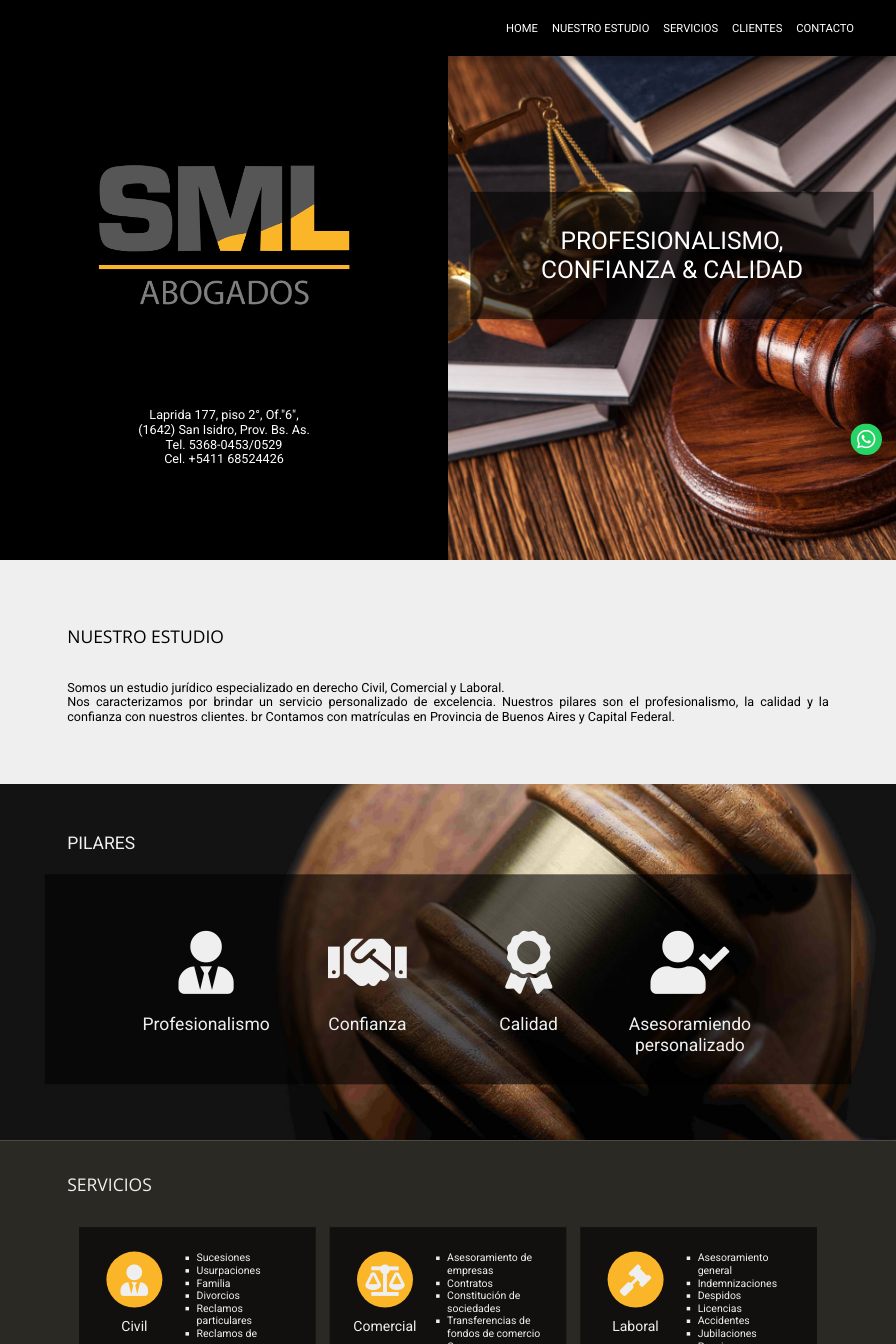
Repository: r-urchi/SML
Page: index.html
An editor plug-in stored every save of this project. The page is shown before and after a run of saves, followed by the edit.
The browser window is 1280 px wide. The pictures show the part of the page from y = 0 to 1920 px (the page is 3446 px tall), at 70% of full size.
Some web libraries are served in a nearby version. The style sheet was rebuilt from its Sass, Less or Tailwind sources for each picture, by a compiler version that may differ from the author's.

Above is the page before, as saved 2021-01-29 13:43:41.

### index.html
<!DOCTYPE html>
<html lang="es">
<head>
    <meta charset="UTF-8">
    <meta name="viewport" content="width=device-width, initial-scale=1.0">
    <meta name="format-detection" content="telephone=no">
    <meta name="description" content="Somos un estudio jurídico boutique especializado en derecho Civil, Comercial y Laboral. Nos caracterizamos por brindar un servicio personalizado de excelencia. Nuestros Pilares son el profesionalismo, la cercanía y la confianza con nuestros clientes. Contamos con Matrículas en Provincia de Buenos Aires y Capital Federal.">
    <meta name="keywords" content="abogados, estudio juridico, argentina, capital federal, buenos aires, asesoria, resolucion, disputas, consulta juridica, legal, bufete de abogados, equipo de abogados, comercial, fuero civil, familia, fuero comercial, fuero laboral, extrajudicial">
    <link rel="preconnect" href="https://fonts.gstatic.com">
    <link rel="stylesheet" href="https://cdnjs.cloudflare.com/ajax/libs/font-awesome/5.13.0/css/all.min.css">
    <script src="js/jquery-3.5.1.min.js"></script>
    <link rel="preconnect" href="https://fonts.gstatic.com">
    <link href="https://fonts.googleapis.com/css2?family=Open+Sans:wght@300;400;700&family=Roboto:wght@300;400;700&display=swap" rel="stylesheet">
    <link rel="stylesheet" href="css/main.css">
    <link rel="icon" type="image/jpg" href="img/icon.ico">
    <title>SML - Abogados</title>
</head>
<body>

    <span class="ir-arriba"><i class="fas fa-chevron-circle-up"></i></span>
    <a href="https://api.whatsapp.com/send?text=&phone=541168524426" target="_blank" class="btn-whatsapp"><span>CONTACTANOS POR WHATSAPP</span><i class="fab fa-whatsapp"></i></a>

    <nav class="nav-desktop">
        <ul class="nav-desktop__lista">
            <li><a href="#home">HOME</a></li>
            <li><a href="#estudio">NUESTRO ESTUDIO</a></li>
            <li><a href="#servicios">SERVICIOS</a></li>
            <li><a href="#clientes">CLIENTES</a></li>
            <li><a href="#contacto">CONTACTO</a></li>
        </ul>
    </nav>

    <header class="header" id="home">

        <div class="portada contenedor-portada">
            <div class="portada__img">
                <img src="img/logo-alta.png" alt="logo">
            </div>

            <div class="portada__datos">
                <p>Laprida 177, piso 2°, Of."6", <br/> (1642) San Isidro, Prov. Bs. As. <br/>
                Tel. 5368-0453/0529<br/>
                Cel. +5411 68524426</p>
            </div>
        </div>

        <div class="contenedor-portada-mobile">

            <div class="nav">
                <div class="nav__logo">
                    <img src="img/logo-alta.png" alt="logo">
                </div>

                <div class="menu-mobile" id="nav">
                    <section class="contenedor nav-mobile">

                        <ul class="enlaces-mobile">
                            <li><a href="#home">HOME</a></li>
                            <li><a href="#estudio">NUESTRO ESTUDIO</a></li>
                            <li><a href="#servicios">SERVICIOS</a></li>
                            <li><a href="#clientes">CLIENTES</a></li>
                            <li><a href="#contacto">CONTACTO</a></li>
                        </ul>


                        <div class="hamburguer">
                            <i class="fas fa-bars" id="iconoMenu" ></i>
                        </div>
                    </section>
                </div>
            </div>

            <div class="portada-titulo">
                <h2>PROFESIONALISMO, CONFIANZA & CALIDAD</h2>
            </div>

            <div class="portada__datos foot">
                <p>Laprida 177, piso 2°, Of."6", <br/> (1642) San Isidro, Prov. Bs. As. <br/>
                Tel. 5368-0453/0529<br/>
                Cel. +5411 68524426</p>
            </div>

        </div>
    </header>

    <section class="estudio contenedor-estudio" id="estudio">

        <div class="estudio__img">
            <img src="img/logo-alta.png" alt="logo">
        </div>

        <div class="estudio__info">
            <h2 class="estudio__titulo">NUESTRO ESTUDIO</h2>

                <p class="estudio__descripcion">
                    Somos un estudio jurídico especializado en derecho Civil, Comercial y Laboral.
                    <br>
                    Nos caracterizamos por brindar un servicio personalizado de excelencia. Nuestros pilares son el profesionalismo, la calidad y la confianza con nuestros clientes.
                    br
                    Contamos con matrículas en Provincia de Buenos Aires y Capital Federal.
                </p>

        </div>
    </section>

    <section class="pilares contenedor-pilares">

        <div class="pilares-titulo">
            <h2 class="estudio__titulo-desktop">PILARES</h2>
        </div>

        <div class="pilares__contenedor">
            <h2 class="estudio__titulo-mobile">PILARES</h2>

            <div class="pilares__iconos">
                <div class="pilares__icono-titulo">
                    <span><i class="fas fa-user-tie"></i></span>
                    <p>Profesionalismo</p>
                </div>
                <div class="pilares__icono-titulo">
                    <span><i class="fas fa-handshake"></i></span>
                    <p>Confianza</p>
                </div>
                <div class="pilares__icono-titulo">
                    <span><i class="fas fa-award"></i></span>
                    <p>Calidad</p>
                </div>
                <div class="pilares__icono-titulo">
                    <span><i class="fas fa-user-check"></i></span>
                    <p>Asesoramiendo personalizado</p>
                </div>
            </div>
        </div>

    </section>

    <section class="servicios contenedor-servicios" id="servicios">

        <h2 class="servicios__titulo">SERVICIOS</h2>

        <div class="servicios__item-contenedor">
            <div class="servicios__item">
                <div class="servicios__icono-titulo">
                    <span><i class="fas fa-user-tie"></i></span>
                    <h3>Civil</h3>
                </div>
                <ul>
                    <li>Sucesiones</li>
                    <li>Usurpaciones</li>
                    <li>Familia</li>
                    <li>Divorcios</li>
                    <li>Reclamos particulares</li>
                    <li>Reclamos de seguros e inmobiliarias</li>
                    <li>Cobranzas judiciales y extrajudiciales</li>
                    <li>Accidentes</li>
                </ul>
            </div>
            <div class="servicios__item">
                <div class="servicios__icono-titulo">
                    <span><i class="fas fa-balance-scale"></i></span>
                    <h3>Comercial</h3>
                </div>
                <ul>
                    <li>Asesoramiento de empresas</li>
                    <li>Contratos</li>
                    <li>Constitución de sociedades</li>
                    <li>Transferencias de fondos de comercio</li>
                    <li>Concursos y quiebras</li>
                    <li>Verificaciones de crédito</li>
                </ul>
            </div>
            <div class="servicios__item">
                <div class="servicios__icono-titulo">
                    <span><i class="fas fa-gavel"></i></span>
                    <h3>Laboral</h3>
                </div>
                <ul>
                    <li>Asesoramiento general</li>
                    <li>Indemnizaciones</li>
                    <li>Despidos</li>
                    <li>Licencias</li>
                    <li>Accidentes</li>
                    <li>Jubilaciones</li>
                    <li>Pensiones</li>
                </ul>
            </div>
        </div>

    </section>

    <section class="clientes contenedor-clientes" id="clientes">

        <div class="clientes-titulo">
            <h2 class="clientes__titulo-desktop">ALGUNOS CLIENTES QUE CONFIARON EN NOSOTROS</h2>
        </div>

        <div class="clientes__card">

            <h2 class="clientes__titulo">ALGUNOS CLIENTES QUE CONFIARON EN NOSOTROS</h2>

            <ul class="clientes__mobile">
                <li>Estoicos Financial Group SRL</li>
                <li>CIPSE Construcciones SRL</li>
                <li>Kankay Grills SAS</li>
                <li>Violeta Massey Pattiserie - Recoleta</li>
                <li>Industrias Pampa SRL</li>
                <li>Empresas Rodobens SA</li>
                <li>BBVA</li>
                <li>Rombo Compañía Financiera</li>
                <li>Volkswagen Financial Services</li>
                <li>Lubricantes Munro SA</li>
                <li>Wulp Pagos Electrónicos SRL</li>
                <li>LATeam Foods</li>
                <li>Clientes particulares</li>
            </ul>

            <div class="clientes__desktop">
                <ul >
                    <li>Estoicos Financial Group SRL</li>
                    <li>CIPSE Construcciones SRL</li>
                    <li>Kankay Grills SAS</li>
                    <li>Violeta Massey Pattiserie - Recoleta</li>
                    <li>Industrias Pampa SRL</li>
                    <li>Empresas Rodobens SA</li>
                    <li>BBVA</li>
                </ul>
                <ul>
                    <li>Rombo Compañía Financiera</li>
                    <li>Volkswagen Financial Services</li>
                    <li>Lubricantes Munro SA</li>
                    <li>Wulp Pagos Electrónicos SRL</li>
                    <li>LATeam Foods</li>
                    <li>Clientes particulares</li>
                </ul>
            </div>
        </div>
    </section>

    <section class="contacto contenedor-contacto">

            <div class="contacto__datos" id="contacto">
                <h2>CONSULTANOS POR ASESORAMIENTO PERSONALIZADO</h2>
            </div>

            <form class="formulario" action="contacto.php" method="POST" data-netlify="true">

                <div class="formulario__contenedor">

                    <div class="formulario__grupo nombre">
                        <input type="text" name="nombre" id="" placeholder="Nombre*" maxlength="30" required>
                    </div>

                    <div class="formularo__telYmail">
                        <div class="formulario__grupo email">
                            <input type="email" name="email" id="" placeholder="E-mail*" required>
                        </div>
                        <div class="formulario__grupo telefono">
                            <input type="number" name="telefono" id="" placeholder="Teléfono*" required>
                        </div>
                    </div>
                    <div class="formulario__grupo textarea">
                        <textarea name="consulta" id="" rows="3" placeholder="Consulta*" maxlength="300" required></textarea>
                    </div>

                    <button type="submit" class="formulario__boton">Enviar</button>

                    <!-- <a href="https://api.whatsapp.com/send?text=&phone=541168524426" target="_blank" class="btn-whatsapp"><i class="fab fa-whatsapp"></i>CONTACTANOS POR WHATSAPP</a> -->

                </div>

            </form>

    </section>

    <footer class="footer">

        <div class="footer__contenedor">

            <div class="footer__datos">
                <p>Laprida 177, piso 2°, Of."6", <br> (1642) San Isidro, Prov. Bs. As. <br/>
                Tel. 5368-0453/0529<br/>
                Cel. +5411 68524426</p>
            </div>

            <div class="footer__datos-desktop">
                <p>Laprida 177, piso 2°, Of."6", <br> (1642) San Isidro, Prov. Bs. As. </p>
                <p>Tel. 5368-0453/0529 <br>
                Cel. +5411 68524426</p>
            </div>

            <div class="footer__img">
                <img src="img/logo-alta.png" alt="logo">
            </div>

        </div>

    </footer>

    <script src="js/menuMobile.js"></script>
    <script src="js/botonArriba.js"></script>
</body>
</html>

### css/main.sass
@import _basicos

@import _menu

@import _header

@import _estudio

@import _pilares

@import _servicios

@import clientes

@import _contacto

@import _footer

@import _responsive

### css/_basicos.sass
*
    margin: 0
    padding: 0
    box-sizing: border-box
    --white: #FFFFFF

html
    scroll-behavior: smooth

body
    font-family: 'Roboto', sans-serif
    background: #d5d1d1

button,
a,
input,
textarea
    outline: none

input[type=number]::-webkit-inner-spin-button,
input[type=number]::-webkit-outer-spin-button
  -webkit-appearance: none
  margin: 0

.ir-arriba
    display: none
    background: none
    font-size: 20px
    color: #fab529
    cursor: pointer
    position: fixed
    bottom: 20px
    right: 20px
    i
        font-size: 45px

.btn-whatsapp
    width: 45px
    height: 45px
    padding: 8px
    text-align: center
    background: none
    cursor: pointer
    position: fixed
    background: #25D366
    color: #fff
    bottom: 70px
    right: 20px
    border-radius: 50%
    i
        font-size: 30px
        line-height: 30px
    span
        font-size: 12px
        display: none
        margin-right: 20px
    &:hover
        width: 245px
        border-radius: 50px
        display: -webkit-box
        display: -ms-flexbox
        display: flex
        -webkit-box-align: center
        -ms-flex-align: center
        align-items: center
        -webkit-box-pack: center
        -ms-flex-pack: center
        justify-content: center
        text-decoration: none
        span
            display: -webkit-box
            display: -ms-flexbox
            display: flex

### css/_header.sass
.header
    width: 100%
    display: -webkit-box
    display: -ms-flexbox
    display: flex
    -webkit-box-pack: center
    -ms-flex-pack: center
    justify-content: center
    -webkit-box-align: center
    -ms-flex-align: center
    align-items: center
    .portada
        display: none

.nav
    width: 100%
    height: 80px
    display: -webkit-box
    display: -ms-flexbox
    display: flex
    -webkit-box-pack: justify
    -ms-flex-pack: justify
    justify-content: space-between
    -webkit-box-align: center
    -ms-flex-align: center
    align-items: center
    padding: 20px
    margin-top: 35px
    margin-bottom: 35px

.nav__logo
    width: 100px
    height: 100px
    display: -webkit-box
    display: -ms-flexbox
    display: flex
    -webkit-box-pack: center
    -ms-flex-pack: center
    justify-content: center
    -webkit-box-align: center
    -ms-flex-align: center
    align-items: center
    background: #000000
    img
        width: 90%

.portada-titulo
    width: 90%
    margin: 20px 0
    h2
        color: #ffffff
        background: rgba(0, 0, 0, .6)
        padding: 30px
        text-align: center
        font-size: 20px
        font-weight: 400
        margin-bottom: 150px

.portada__datos
    width: 90%
    margin: 20px 0
    p
        color: #ffffff
        background: rgba(0, 0, 0, .6)
        padding: 10px 30px
        text-align: center
        font-size: 15px

.contenedor-portada-mobile
    width: 100%
    height: 100vh
    display: -webkit-box
    display: -ms-flexbox
    display: flex
    -ms-flex-pack: distribute
    justify-content: space-around
    -webkit-box-align: center
    -ms-flex-align: center
    align-items: center
    -webkit-box-orient: vertical
    -webkit-box-direction: normal
    -ms-flex-direction: column
    flex-direction: column
    background-image: url(../img/law-firm.jpg)
    background-repeat: no-repeat
    background-size: cover
    background-position: center

### css/_estudio.sass
.contenedor-estudio
    width: 100%
    height: 100%
    display: -webkit-box
    display: -ms-flexbox
    display: flex
    -webkit-box-pack: center
    -ms-flex-pack: center
    justify-content: center
    -webkit-box-align: center
    -ms-flex-align: center
    align-items: center
    -webkit-box-orient: vertical
    -webkit-box-direction: normal
    -ms-flex-direction: column
    flex-direction: column
    background: #efefef
    padding: 30px 0 45px 0

.estudio__img
    width: 100%
    display: none
    -webkit-box-pack: center
    -ms-flex-pack: center
    justify-content: center
    margin: 20px 0
    img
        width: 200px

.estudio__info
    width: 80%
    display: -webkit-box
    display: -ms-flexbox
    display: flex
    -webkit-box-pack: center
    -ms-flex-pack: center
    justify-content: center
    -webkit-box-align: center
    -ms-flex-align: center
    align-items: center
    -webkit-box-orient: vertical
    -webkit-box-direction: normal
    -ms-flex-direction: column
    flex-direction: column
    h2
        font-size: 25px
        margin: 20px 0
        font-weight: 400
        font-family: 'Open Sans', sans-serif
    .estudio__descripcion
        font-size: 16px
        text-align: center

### css/_clientes.sass
.contenedor-clientes
    width: 100%
    height: 100%
    display: -webkit-box
    display: -ms-flexbox
    display: flex
    -webkit-box-pack: center
    -ms-flex-pack: center
    justify-content: center
    -webkit-box-align: center
    -ms-flex-align: center
    align-items: center
    -webkit-box-orient: vertical
    -webkit-box-direction: normal
    -ms-flex-direction: column
    flex-direction: column
    background-image: url(../img/clientes.jpg)
    background-repeat: no-repeat
    background-size: cover
    background-position: center

.clientes__desktop
    display: none

.clientes__card
    width: 90%
    background: rgba(0, 0, 0, .6)
    margin: 30px 0
    color: #ffffff
    h2
        font-size: 25px
        margin: 45px 0
        font-weight: 400
        text-align: center
        font-family: 'Open Sans', sans-serif
    ul
        margin: 0 50px 20px 50px
        list-style-type: square

### css/_contacto.sass
.contenedor-contacto
    width: 100%
    height: 100%
    display: -webkit-box
    display: -ms-flexbox
    display: flex
    -ms-flex-pack: distribute
    justify-content: space-around
    -webkit-box-align: center
    -ms-flex-align: center
    align-items: center
    -webkit-box-orient: vertical
    -webkit-box-direction: normal
    -ms-flex-direction: column
    flex-direction: column
    background: #efefef

.formulario
    width: 90%
    padding: 20px 0

.formulario__contenedor
    display: -webkit-box
    display: -ms-flexbox
    display: flex
    -webkit-box-pack: center
    -ms-flex-pack: center
    justify-content: center
    -webkit-box-align: center
    -ms-flex-align: center
    align-items: center
    -webkit-box-orient: vertical
    -webkit-box-direction: normal
    -ms-flex-direction: column
    flex-direction: column

.formulario__grupo
    width: 90%
    input
        width: 100%
        margin: 10px 0
        padding: 10px
        font-size: 16px
        border: none
    textarea
        width: 100%
        height: 85px
        margin: 10px 0
        padding: 10px
        font-family: 'Roboto', sans-serif
        resize: none
        font-size: 16px
        border: none

.formularo__telYmail
    width: 90%
    display: -webkit-box
    display: -ms-flexbox
    display: flex
    -webkit-box-pack: center
    -ms-flex-pack: center
    justify-content: center
    -webkit-box-align: center
    -ms-flex-align: center
    align-items: center
    -webkit-box-orient: vertical
    -webkit-box-direction: normal
    -ms-flex-direction: column
    flex-direction: column
    .email, .telefono
        width: 100%

.formulario__boton
    width: 90%
    height: 45px
    background: #fab529
    border: none
    border-radius: 5px
    margin: 10px 0
    font-size: 16px
    -webkit-transition: all .3s ease
    -o-transition: all .3s ease
    transition: all .3s ease
    cursor: pointer
    -webkit-box-shadow: 3px 6px 11px 0px rgba(0,0,0,0.49)
    box-shadow: 3px 6px 11px 0px rgba(0,0,0,0.49)
    &:hover
        background: #b18122

.contacto__datos
    width: 90%
    margin: 20px 0
    h2
        color: #000
        padding: 10px
        text-align: center
        font-size: 18px

// .btn-whatsapp
//     width: 250px
//     margin: 10px 0
//     padding: 10px
//     background: #25D366
//     color: #fff
//     font-size: 12px
//     text-decoration: none
//     border-radius: 5px
//     display: flex
//     align-items: center
//     justify-content: center
//     transition: all .3s ease
//     i
//         font-size: 25px
//         margin-right: 10px
//     &:hover
//         background: #075E54

### css/_footer.sass
.footer
    display: -webkit-box
    display: -ms-flexbox
    display: flex
    -webkit-box-pack: center
    -ms-flex-pack: center
    justify-content: center
    -webkit-box-align: center
    -ms-flex-align: center
    align-items: center

.footer__contenedor
    width: 80%
    height: 100%
    display: -webkit-box
    display: -ms-flexbox
    display: flex
    -ms-flex-pack: distribute
    justify-content: space-around
    background: #d5d1d1

.footer__datos
    width: 70%
    color: #575656
    display: -webkit-box
    display: -ms-flexbox
    display: flex
    -webkit-box-pack: center
    -ms-flex-pack: center
    justify-content: center
    -webkit-box-align: center
    -ms-flex-align: center
    align-items: center
    p
        font-size: 14px

.footer__img
    width: 25%
    margin: 30px 0 30px 0
    display: -webkit-box
    display: -ms-flexbox
    display: flex
    -webkit-box-pack: center
    -ms-flex-pack: center
    justify-content: center
    -webkit-box-align: center
    -ms-flex-align: center
    align-items: center
    img
        width: 90px

Loaded but not shown: js/jquery-3.5.1.min.js (library); js/menuMobile.js (30 lines, source omitted); js/botonArriba.js (15 lines, source omitted); css/_responsive.sass (236 lines, source omitted); css/_menu.sass (113 lines, source omitted); css/_servicios.sass (98 lines, source omitted); css/_pilares.sass (81 lines, source omitted)

After the next 2 saves:
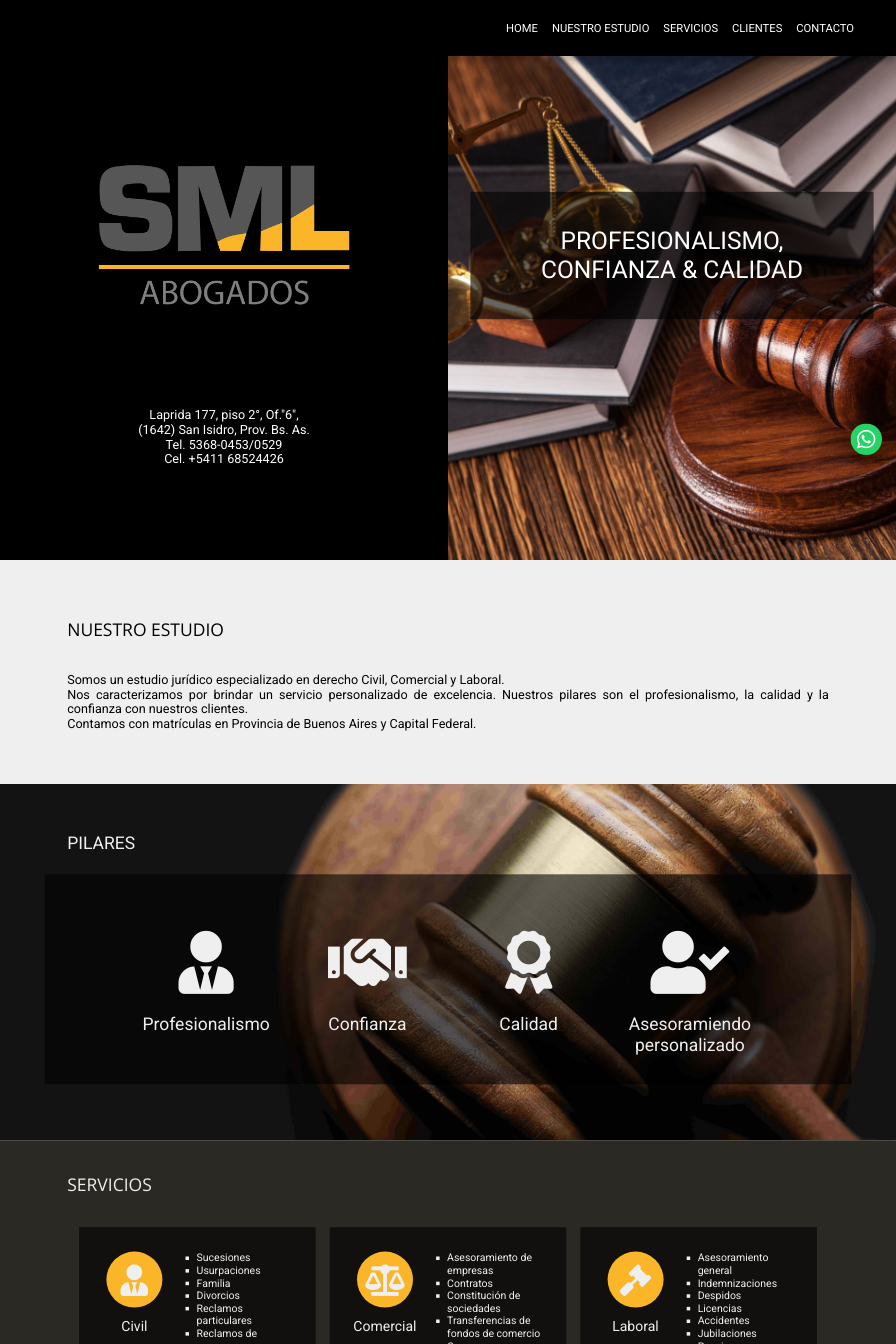
The 2 saves are shown as one change because they came seconds apart.
The last was saved 8 s later.
--- a/index.html
+++ b/index.html
@@ -96,7 +96,7 @@
                     Somos un estudio jurídico especializado en derecho Civil, Comercial y Laboral.
                     <br>
                     Nos caracterizamos por brindar un servicio personalizado de excelencia. Nuestros pilares son el profesionalismo, la calidad y la confianza con nuestros clientes.
-                    br
+                    <br>
                     Contamos con matrículas en Provincia de Buenos Aires y Capital Federal.
                 </p>
 
